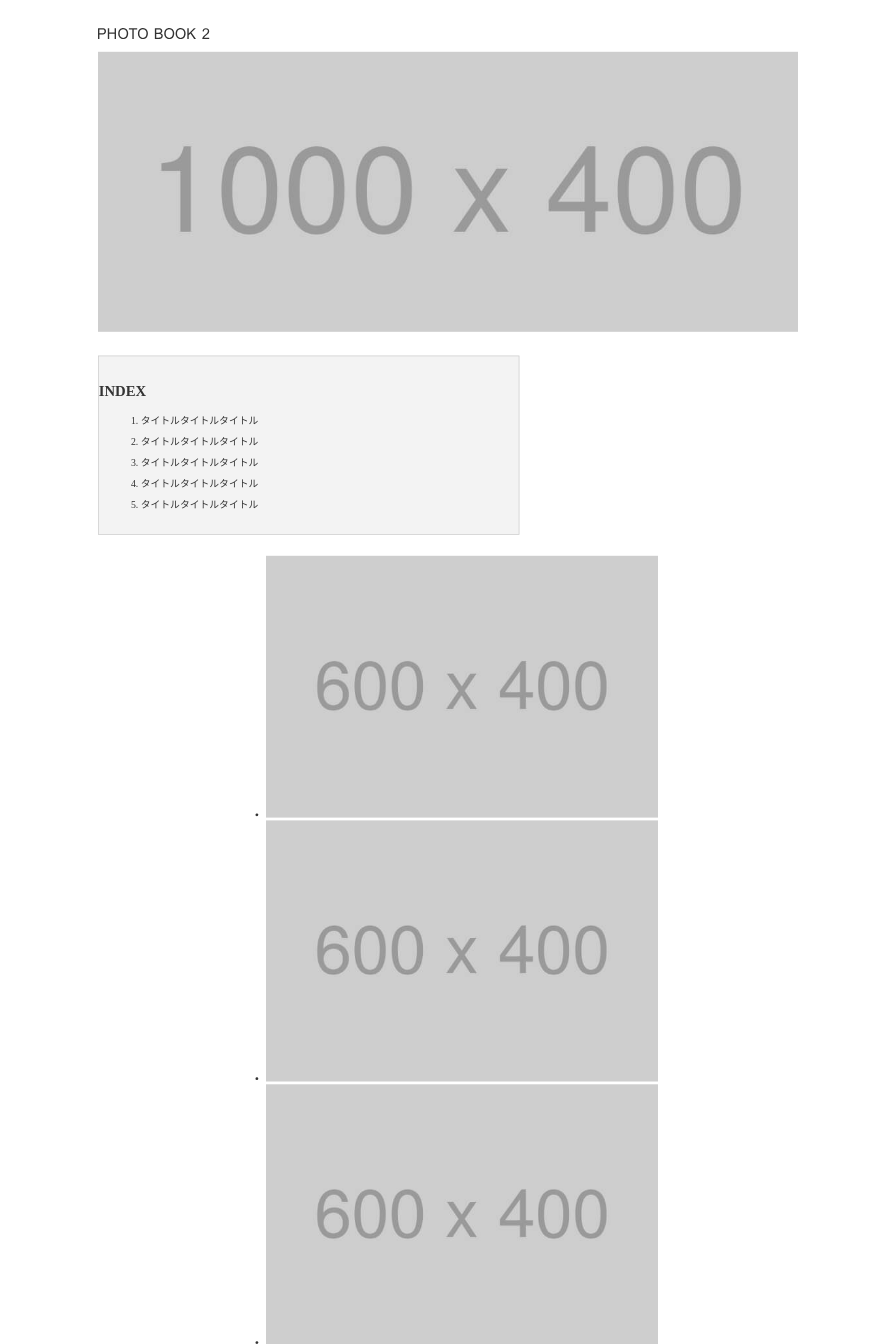
Repository: Fuki-san/photo-book-2
Page: http://localhost/photobook
These files come from the project's save history. The page is drawn as it stood at one moment and after a run of saves; the edit follows.
The browser window is 1280 px wide. The pictures show the part of the page from y = 0 to 1920 px (the page is 2629 px tall), at 70% of full size.
The page is served by the project's Laravel application, run on PHP 8.4 with Laravel 10.

Above is the page before, as saved 2023-11-30 11:51:16.

After the next 2 saves:
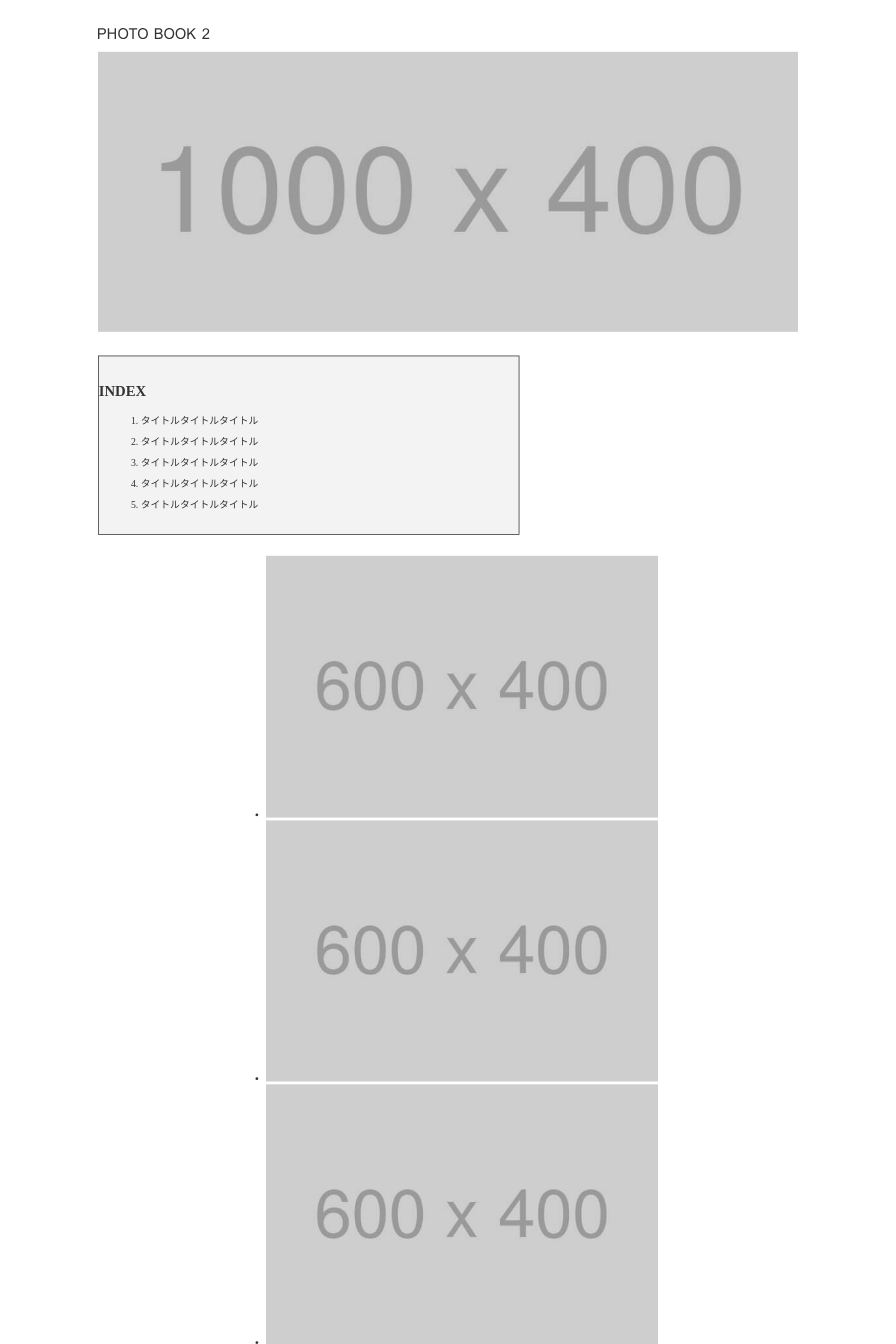
The 2 saves are shown as one change because they came seconds apart.
The last was saved 6 s later.
--- a/public/css/style.css
+++ b/public/css/style.css
@@ -35,7 +35,7 @@ img{
     background-color: #f3f3f3;
     padding: 20px 0;
     margin: 30px 0;
-    border: solid 1px #ccc;
+    border: solid 1px #242424;
 }
 
 #index .index-list{
